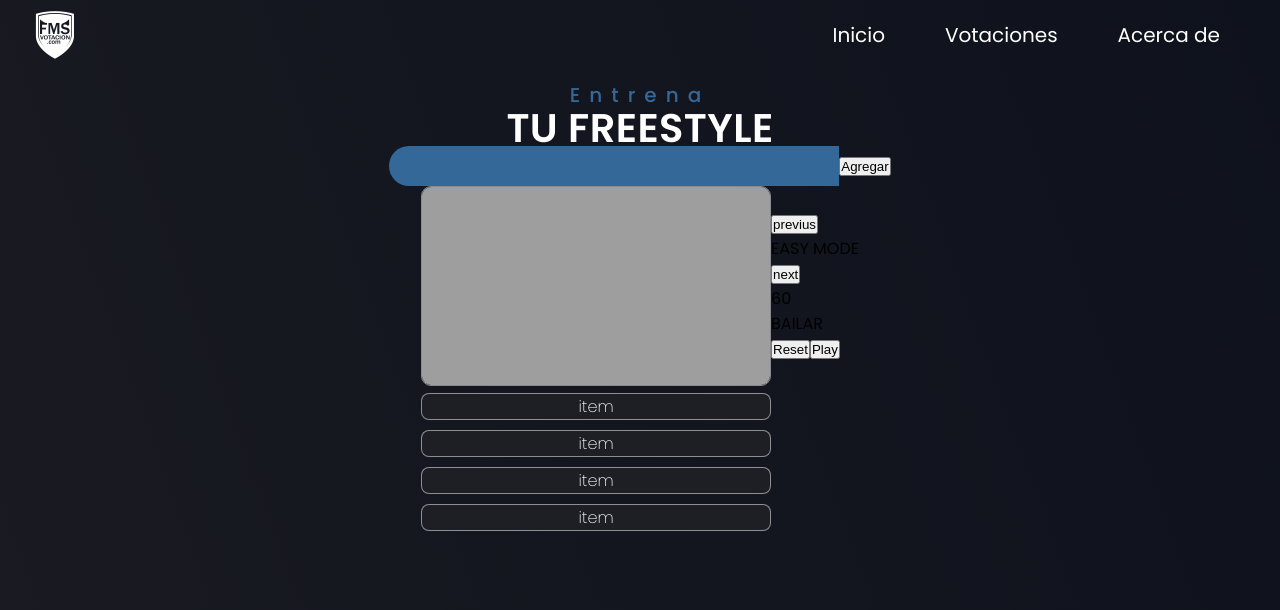
Repository: ezegonzalez912/fmsvotacion2
Page: /practice
These files come from the project's save history. The page is drawn as it stood at one moment and after the next save; the edit follows.
The browser window is 1280 px wide. The pictures show the whole page.
Pictures or frames that could not be fetched are drawn as grey boxes. The page's requests for data from a server got no answer. The project was rebuilt for these pictures with package versions that can differ from the ones it lists, and the page was loaded fresh each time. No one was signed in, and anything a server would have sent is missing. Also part of the build but not shown: src/components/screens/AboutScreen.js, src/components/Error.js, src/components/Apoya.js, src/components/screens/MainScreen.js, src/components/Contexts/CompContext.js, src/helpers/valueCheck.js, src/helpers/valueCheck2.js, src/hooks/useVote.js and 42 more.

Above is the page before, as saved 2021-08-15 00:56:28.

After the next save:
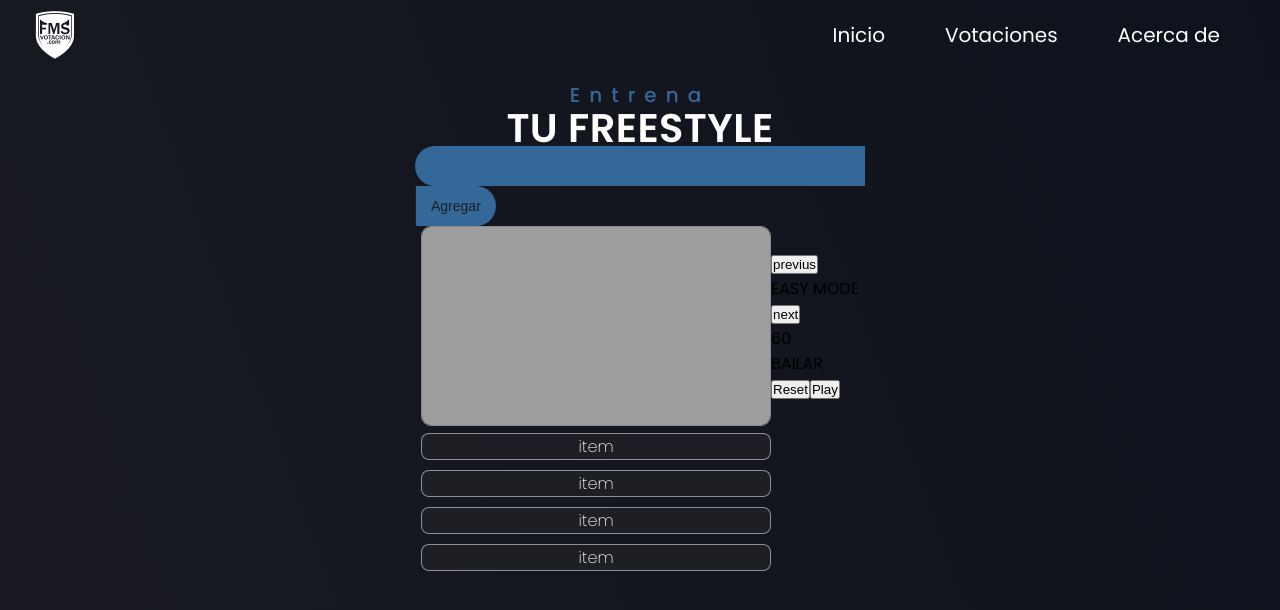
Saved 33 s later.
--- a/src/components/screens/PracticeScreen.js
+++ b/src/components/screens/PracticeScreen.js
@@ -7,7 +7,7 @@ export const PracticeScreen = () => {
             <h2 className="title-ppl">TU FREESTYLE</h2>
             <form>
                 <input type="text" name="search" className="input-search"/>
-                <button type="submit">Agregar</button>
+                <button type="submit" className="input-search-button">Agregar</button>
             </form>
             <div className="practice__main">
                 <div className="practice__select-video">
